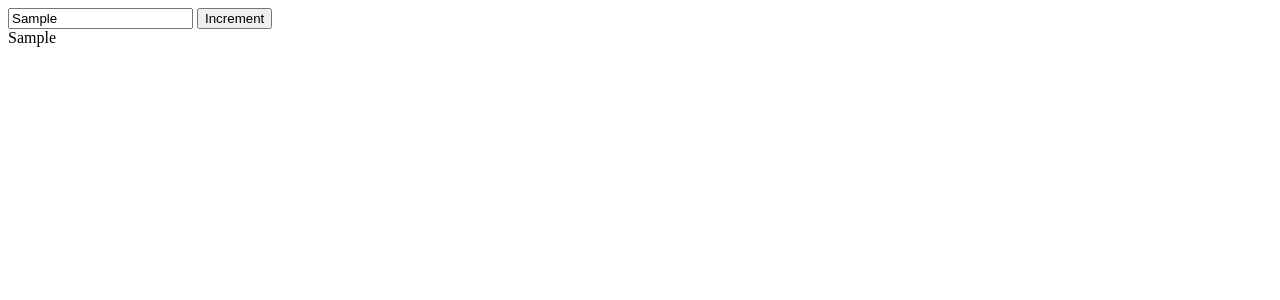
Repository: SukhrajSinghMatharu/node-chat-basic
Page: views/index.html
These files come from the project's save history. The page is drawn as it stood at one moment and after the next save; the edit follows.
The browser window is 1280 px wide. The pictures show the whole page.
Empty fields were first filled with sample values (such as "Sample", 5 or name@example.com).
After loading, the first visible `button` was clicked once.
The page's requests for data from a server got no answer. Some web libraries are served in a nearby version.

Above is the page before, as saved 2020-12-21 12:57:52.
Console error: TypeError: Cannot read properties of null (reading 'addEventListner')

After the next save:
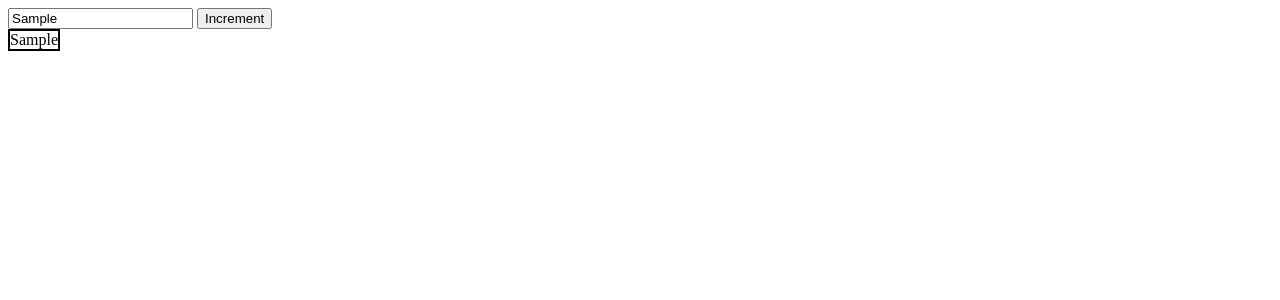
Saved 21 s later.
--- a/views/index.html
+++ b/views/index.html
@@ -24,7 +24,7 @@
         var div = document.createElement("div");
         div.style.float = "left";
         div.style.clear = "both";
-        div.style.border = "2px";
+        div.style.border = "solid 2px";
         div.innerHTML = data;
         document.getElementById("main").appendChild(div);
         socket.emit('send-message',data);

After the 3 saves that followed:
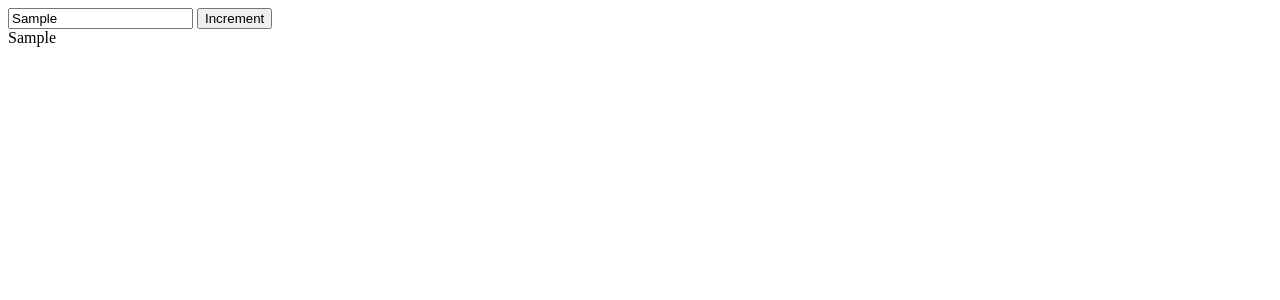
The 3 saves are shown as one change because 1 left the picture as it was and some came seconds apart.
The last was saved 6 min 55 s later.
--- a/views/index.html
+++ b/views/index.html
@@ -1,6 +1,11 @@
 <html>
     <script src="https://cdnjs.cloudflare.com/ajax/libs/socket.io/3.0.4/socket.io.js" integrity="sha512-aMGMvNYu8Ue4G+fHa359jcPb1u+ytAF+P2SCb+PxrjCdO3n3ZTxJ30zuH39rimUggmTwmh2u7wvQsDTHESnmfQ==" crossorigin="anonymous"></script>
-
+    <style>
+        .mymessage{
+            float: left;
+            clear: both;
+        }
+    </style>
 <body>
     <input type="text" id="messagebox">
     <button onclick="myFunction()">Increment</button>
@@ -22,9 +27,7 @@
     function myFunction() {
         var data = document.getElementById("messagebox").value;
         var div = document.createElement("div");
-        div.style.float = "left";
-        div.style.clear = "both";
-        div.style.border = "solid 2px";
+        div.className = 'mymessage'
         div.innerHTML = data;
         document.getElementById("main").appendChild(div);
         socket.emit('send-message',data);
